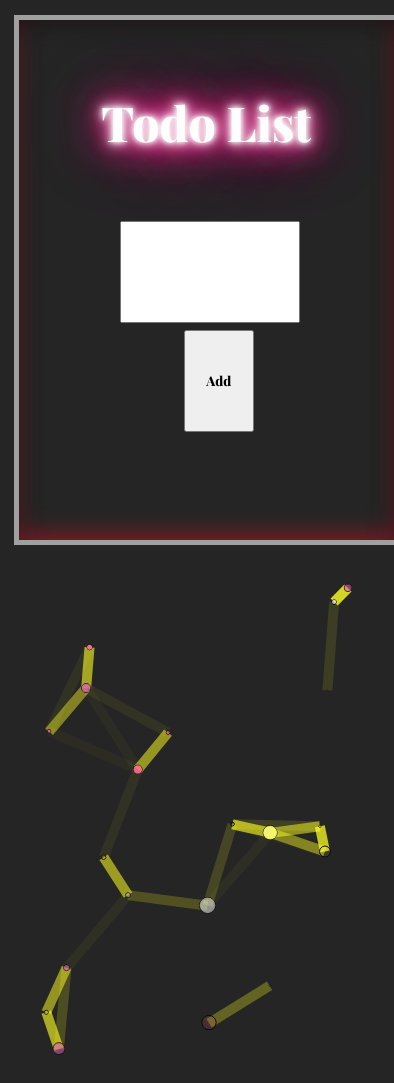
Repository: TENSAEA/----todo
Page: index.html
These files come from the project's save history. The page is drawn as it stood at one moment and after the next save; the edit follows.
The browser window is 375 px wide. The page is 394 px wide, so the pictures cover 394 px, including what lies to the right of the window. The pictures show the whole page.
Some web fonts or font styles are not loaded; a fallback is used.

Above is the page before, as saved 2023-10-25 14:49:49.

After the next save:
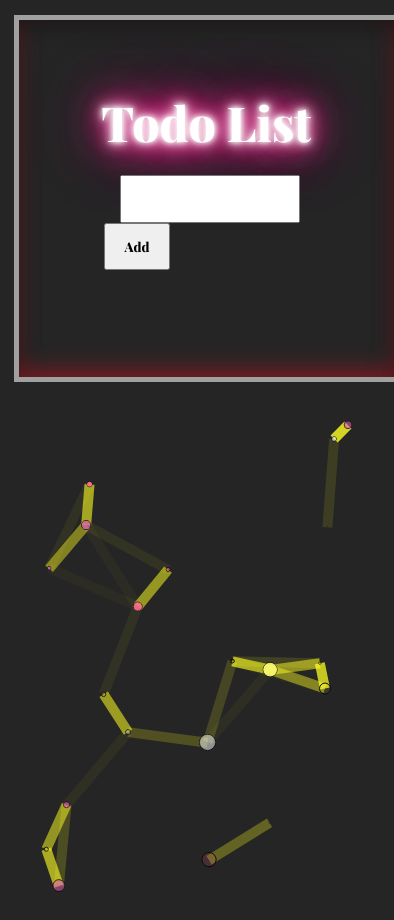
Saved 60 s later.
--- a/style.css
+++ b/style.css
@@ -81,7 +81,7 @@ color: #FFFFFF;
 }
 
 @media (max-width:636px){
-    *,:before,:after {
+    /* *,:before,:after {
       width: 100%;
       height: 100%;
       box-sizing: border-box;
@@ -99,5 +99,5 @@ color: #FFFFFF;
         width:70px;
         margin:2% 38%;
         cursor: pointer;
+    } */
     }
-    }
